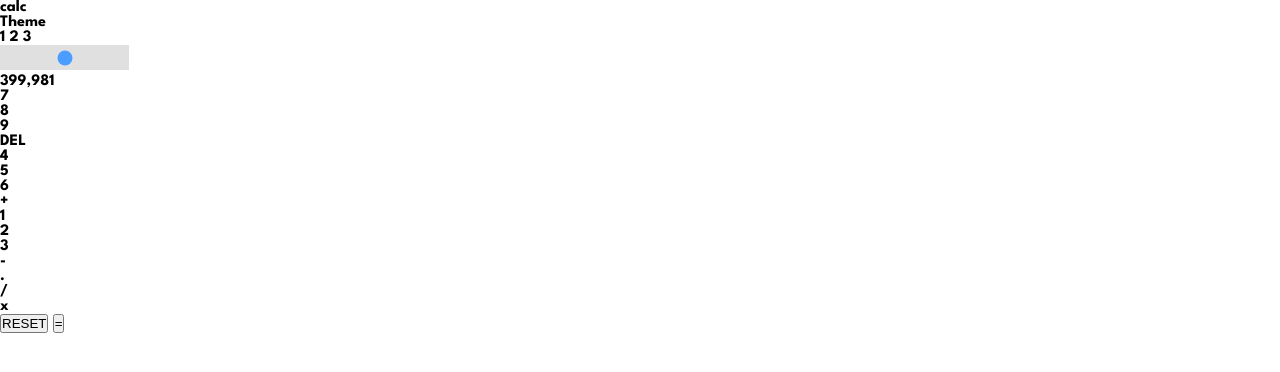
Repository: DevLaukey/calc-with-css-js
Page: index.html
These files come from the project's save history. The page is drawn as it stood at one moment and after the next save; the edit follows.
The browser window is 1280 px wide. The pictures show the whole page.

Above is the page before, as saved 2022-05-18 12:12:28.

### index.html
<!DOCTYPE html>
<html lang="en">
  <head>
    <meta charset="UTF-8" />
    <meta http-equiv="X-UA-Compatible" content="IE=edge" />
    <meta name="viewport" content="width=device-width, initial-scale=1.0" />
    <title>Calculator</title>
    <link rel="stylesheet" href="./styles.css" />
    <link rel="preconnect" href="https://fonts.googleapis.com" />
    <link rel="preconnect" href="https://fonts.gstatic.com" crossorigin />
    <link
      href="https://fonts.googleapis.com/css2?family=League+Spartan:wght@700&display=swap"
      rel="stylesheet"
    />
  </head>
  <body>
    <header class="calculator__header">
      <div class="calculator__name">
        <p>calc</p>
      </div>
      <div class="calculator__slider">
        <p class="calculator__smallText">Theme</p>
        <div class="calculator__block">
          <p>1 2 3</p>
          <input class="slider" type="range" min="1" max="3"name="" id="" />
        </div>
      </div>
    </header>
    <div class="calculator__display">
      <p class="calculator__solution">399,981</p>
    </div>
    <div class="calculator__input">
      <div class="calculator__row">
        <p class="calculator__button seven">7</p>
        <p class="calculator__button eight">8</p>
        <p class="calculator__button nine">9</p>
        <p class="calculator__button del">DEL</p>
        <p class="calculator__button four">4</p>
        <p class="calculator__button five">5</p>
        <p class="calculator__button six">6</p>
        <p class="calculator__button plus">+</p>
        <p class="calculator__button one">1</p>
        <p class="calculator__button two">2</p>
        <p class="calculator__button three">3</p>
        <p class="calculator__button minus">-</p>
        <p class="calculator__button dot">.</p>
        <p class="calculator__button slash">/</p>
        <p class="calculator__button multiply">x</p>
        <div class="calculator__control">
          <button class="control reset">
RESET
          </button>
          <button class="control equals">=</button>
        </div>
      </div>
    </div>
  </body>
</html>

### styles.css
*{
    margin:0;
    padding:0;
    box-sizing: border-box;
}
body{
    font-family: 'League Spartan', sans-serif;
}
.slider {
  -webkit-appearance: none;
   /* width: 100%; */
  height: 25px;
  background: #d3d3d3;
  /* outline: none; */
  opacity: 0.7;
  -webkit-transition: .2s;
  transition: opacity .2s;
}

.slider:hover {
  opacity: 1;
}
.slider::-webkit-slider-thumb {
  /* -webkit-appearance: none; */
  /* appearance: none; */
  width: 25px;
  height: 25px;
  background: #04AA6D;
  cursor: pointer;
}

.slider::-moz-range-thumb {
  width: 25px;
  height: 25px;
  background: #04AA6D;
  cursor: pointer;
}

After the next save:
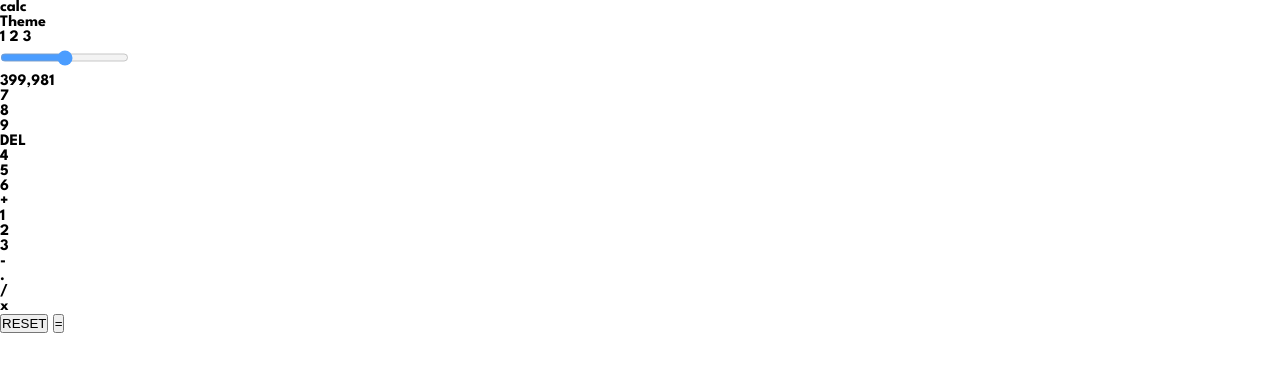
Saved 31 s later.
--- a/styles.css
+++ b/styles.css
@@ -7,7 +7,7 @@
     font-family: 'League Spartan', sans-serif;
 }
 .slider {
-  -webkit-appearance: none;
+  -webkit-appearance:sliderthumb-horizontal;
    /* width: 100%; */
   height: 25px;
   background: #d3d3d3;

After the save that followed:
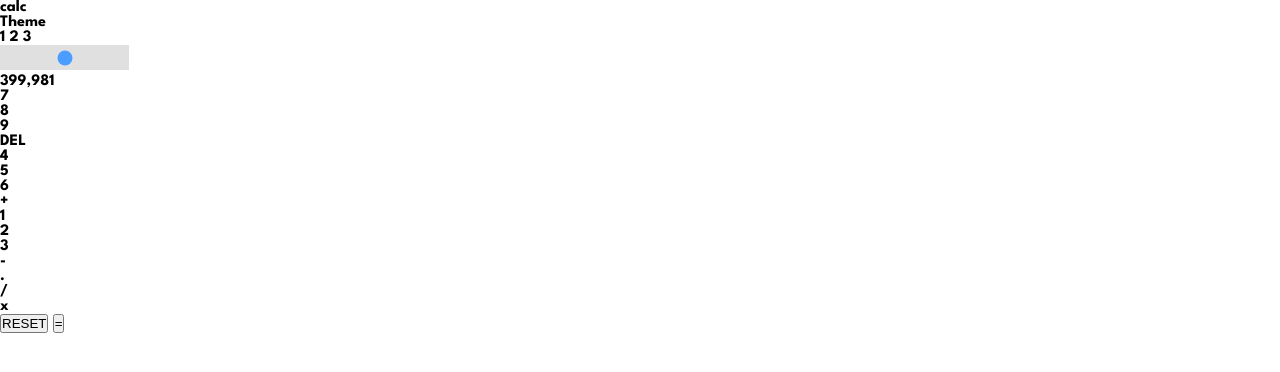
Saved 4 s later.
--- a/styles.css
+++ b/styles.css
@@ -7,7 +7,7 @@
     font-family: 'League Spartan', sans-serif;
 }
 .slider {
-  -webkit-appearance:sliderthumb-horizontal;
+  -webkit-appearance: none;
    /* width: 100%; */
   height: 25px;
   background: #d3d3d3;
